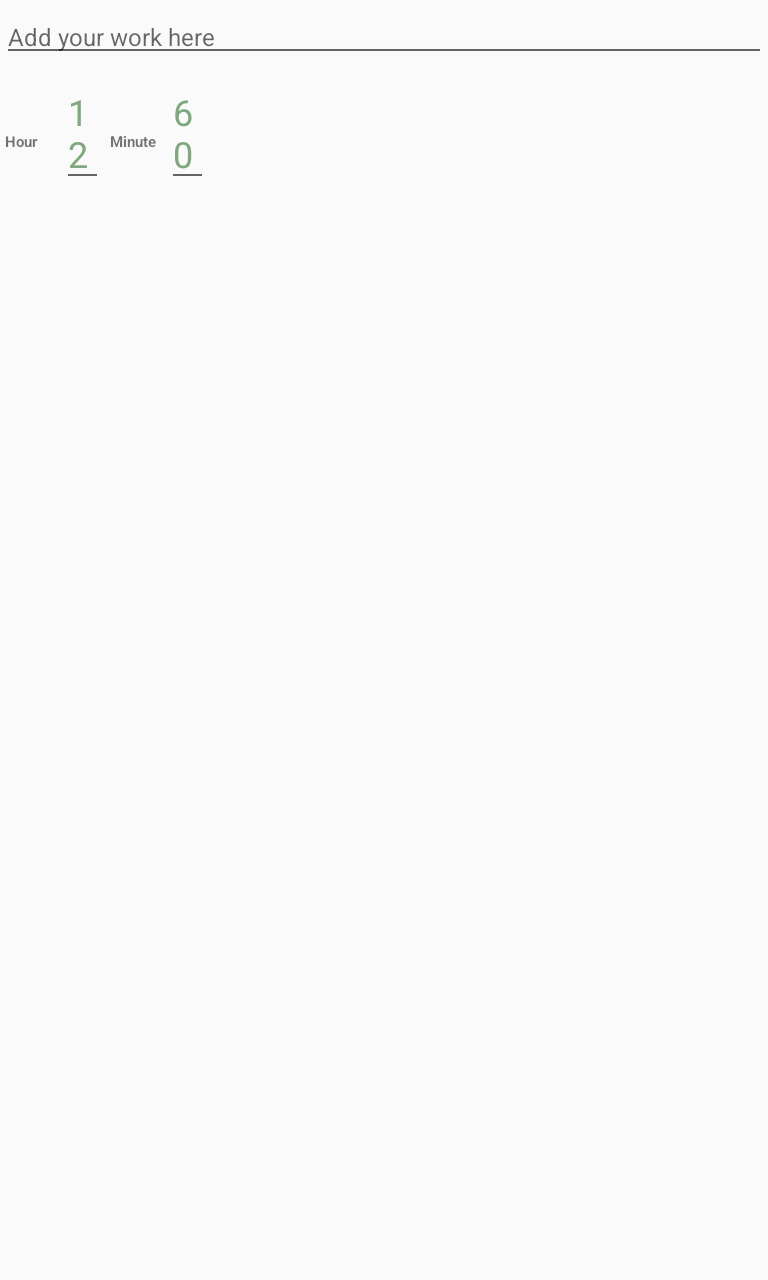
Repository: teamEIT/Android
Layout: workspace/Layout/res/layout/activity_main.xml
These files come from the project's save history. The layout is drawn as it stood at one moment and after the next save; the edit follows.
It is drawn on a 768 x 1280 px phone screen (xhdpi) without system bars, with theme AppTheme; the app's code is not run.

Above is the layout before, as saved 2014-08-18 02:54:31.

### workspace/Layout/res/layout/activity_main.xml
<LinearLayout xmlns:android="http://schemas.android.com/apk/res/android"
    xmlns:tools="http://schemas.android.com/tools"
    android:layout_width="fill_parent"
    android:layout_height="fill_parent"
    android:orientation="vertical"
    tools:context="com.exe.layout.MainActivity"
>

	<EditText
	    android:id="@+id/workEnter"
	    android:layout_width="fill_parent"
	    android:layout_height="wrap_content"
	    android:lines="1"
	    android:hint="@string/work_hint"
	    android:textSize="24px" />

	<LinearLayout
	    android:layout_width="match_parent"
	    android:layout_height="wrap_content"
	    android:orientation="horizontal"
	>
	    <TextView
	        android:layout_width="60px"
	        android:layout_height="wrap_content"
	        android:text="@string/hour_edit"
	        android:typeface="normal"
	        android:textSize="15px"
	        android:textStyle="bold"
	        android:padding="5px"
	    />
	    <EditText
	    	android:id="@+id/hourEdit"
	    	android:layout_width="45px"
	    	android:layout_height="wrap_content"
	    	android:hint="12"
	    	android:textColorHint="@color/abc_search_url_text_normal"
	    />
	    <TextView
	    	android:layout_width="60px"
	        android:layout_height="wrap_content"
	        android:text="@string/minute_edit"
	        android:typeface="normal"
	        android:textSize="15px"
	        android:textStyle="bold"
	        android:padding="5px"
	    />
	    <EditText
	    	android:id="@+id/minuteEdit"
	    	android:layout_width="45px"
	    	android:layout_height="wrap_content"
	    	android:hint="60"
	    	android:textColorHint="@color/abc_search_url_text_normal"
	    />
	</LinearLayout>

</LinearLayout>

### workspace/Layout/res/values/strings.xml
<?xml version="1.0" encoding="utf-8"?>
<resources>

    <string name="app_name">Layout</string>
    <string name="hello_world">Hello world!</string>
    <string name="action_settings">Settings</string>
	<string name="work_hint">Add your work here</string>
    <string name="hour_edit">Hour</string>
    <string name="minute_edit">Minute</string>
</resources>

Loaded but not shown: workspace/Layout/res/values/styles.xml (common file); workspace/Layout/res/values-v11/styles.xml (common file); workspace/Layout/res/values-v14/styles.xml (common file)

After the next save:
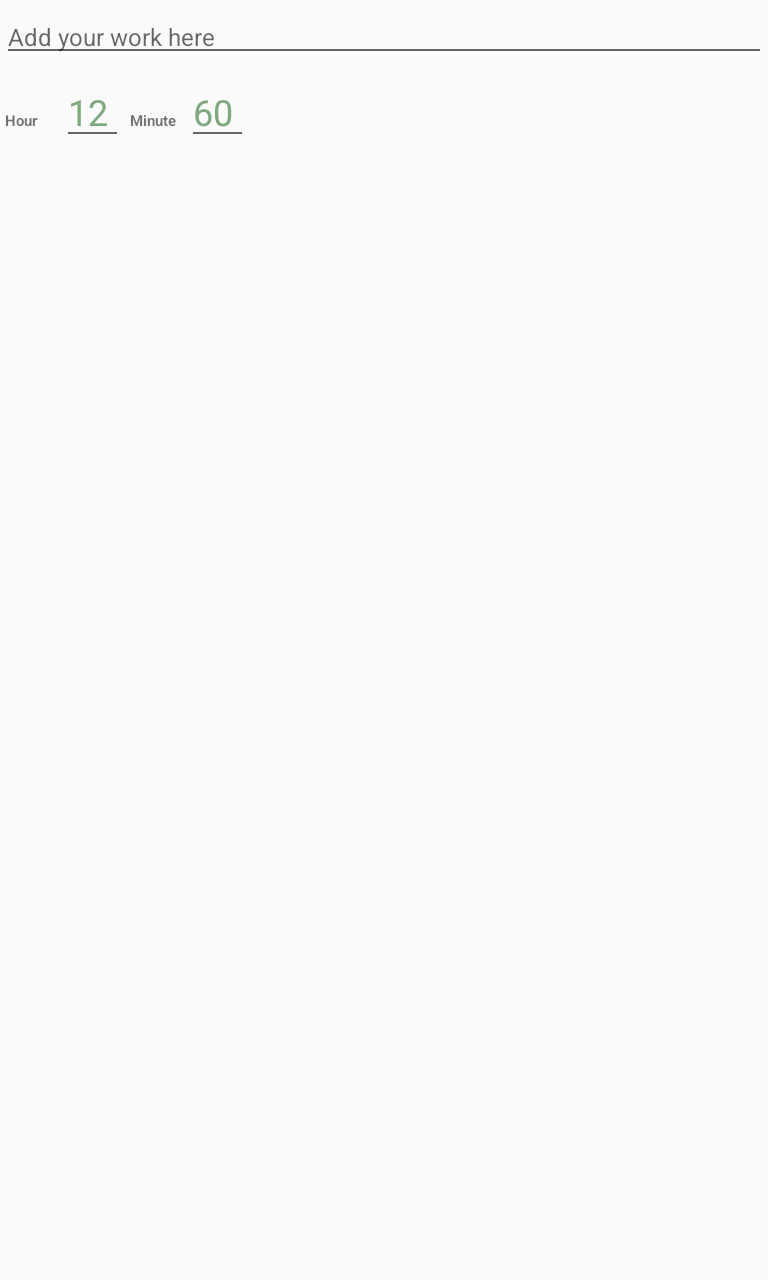
Saved 9 s later.
--- a/workspace/Layout/res/layout/activity_main.xml
+++ b/workspace/Layout/res/layout/activity_main.xml
@@ -30,7 +30,7 @@
 	    />
 	    <EditText
 	    	android:id="@+id/hourEdit"
-	    	android:layout_width="45px"
+	    	android:layout_width="65px"
 	    	android:layout_height="wrap_content"
 	    	android:hint="12"
 	    	android:textColorHint="@color/abc_search_url_text_normal"
@@ -46,7 +46,7 @@
 	    />
 	    <EditText
 	    	android:id="@+id/minuteEdit"
-	    	android:layout_width="45px"
+	    	android:layout_width="65px"
 	    	android:layout_height="wrap_content"
 	    	android:hint="60"
 	    	android:textColorHint="@color/abc_search_url_text_normal"
